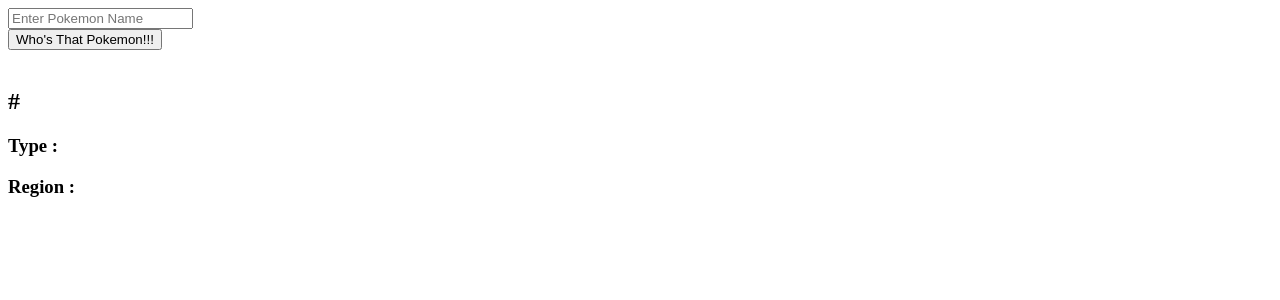
Repository: yucheng91/CIassignment2
Page: index.html
The author's editor kept a record of every edit. The page is drawn from the files as they stood at one moment, then again after the next edit.
The browser window is 1280 px wide. The pictures show the whole page.
Some web libraries are served in a nearby version.

Above is the page before.

After the next edit:
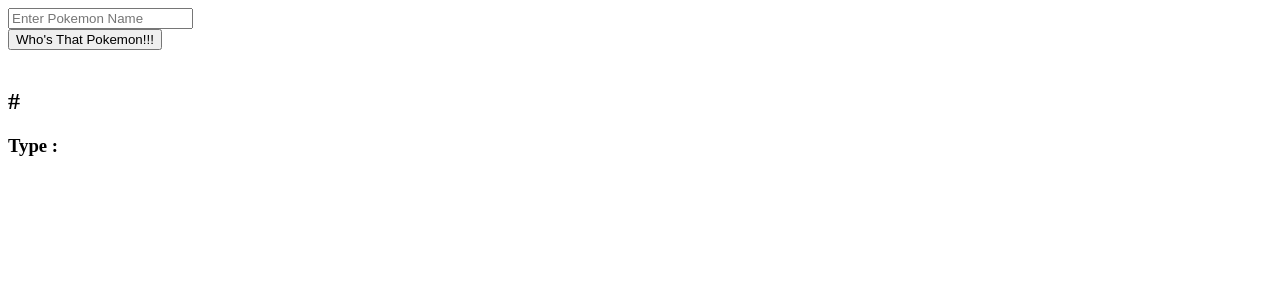
The edit:
--- a/index.html
+++ b/index.html
@@ -23,8 +23,6 @@
 
     <h3>Type : <span id="pokemontype"></span></h3>
 
-    <h3>Region : <span id="pokemonregion"></span></h3>
-
     <script src="scripts/pokeapi.js"></script>
 </body>
 </html>
